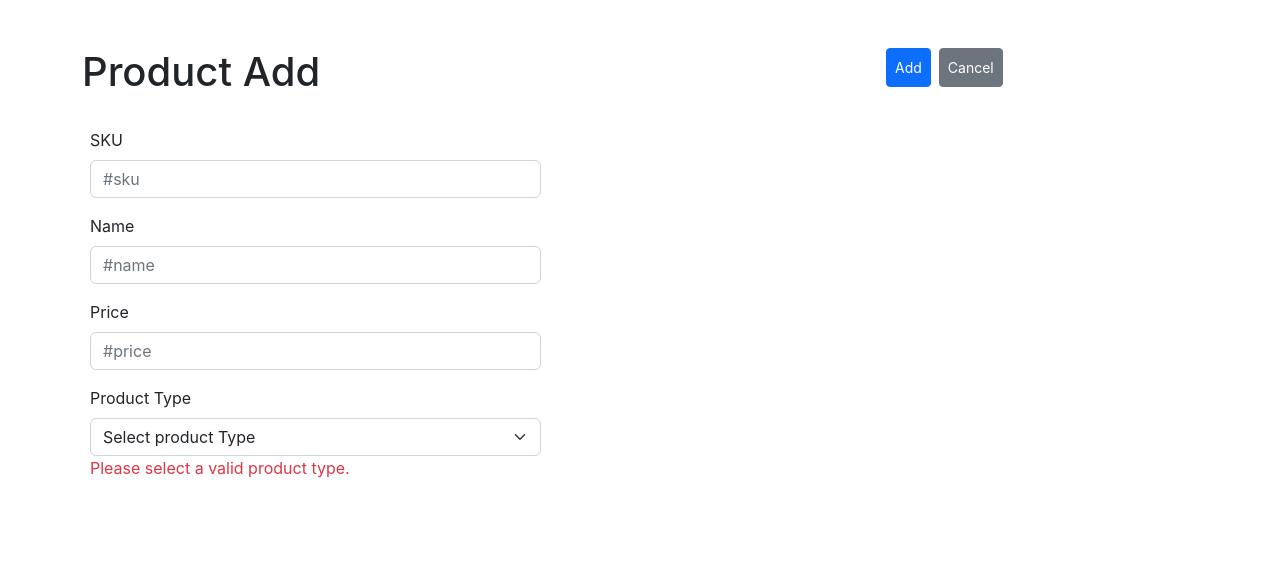
Repository: MagdyAbouelnasr/scandiweb_project
Page: /addproduct
These files come from the project's save history. The page is drawn as it stood at one moment and after a run of saves; the edit follows.
The browser window is 1280 px wide. The pictures show the whole page.
The project was rebuilt for these pictures with package versions that can differ from the ones it lists, and the page was loaded fresh each time. Also part of the build but not shown: src/App.css, src/components/Product/Product-style.scss, src/components/Product/Product.css, src/components/Pages/ProductList.jsx, src/components/ProductAdd/Book.component.jsx, src/components/ProductAdd/DVD.component.jsx, src/components/ProductAdd/Furniture.component.jsx, src/App.jsx.

Above is the page before, as saved 2023-05-09 01:30:45.

After the next 2 saves:
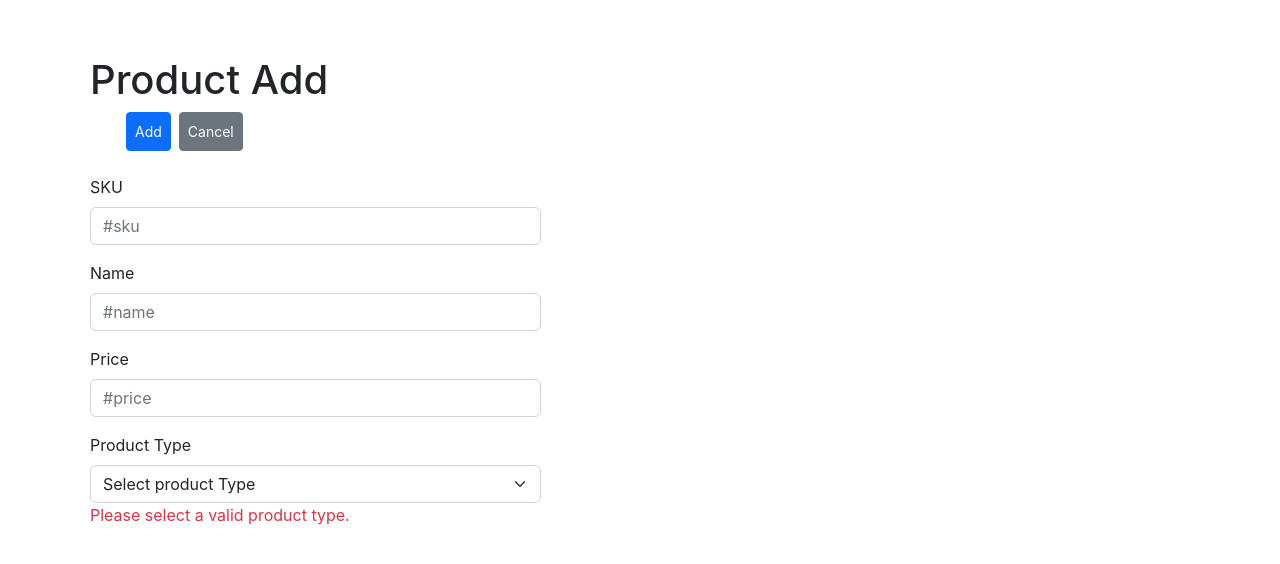
The 2 saves are shown as one change because they came seconds apart.
The last was saved 9 s later.
--- a/src/components/Pages/ProductAdd.jsx
+++ b/src/components/Pages/ProductAdd.jsx
@@ -126,7 +126,7 @@ function ProductAdd() {
     <Form id="product_form" onSubmit={handleSubmit}>
       <div className="container  mt-5">
         <div className="row">
-          <h1 className="page-header text-header col-md-8 text-start">Product Add</h1>
+          <h1 className="page-header text-header col-md-8 text-start m-2">Product Add</h1>
           <div className="col-4 ps-5 ms-0">
             <Button type="submit" className="p-2 ms-2" variant="primary" size="sm">
               Add
